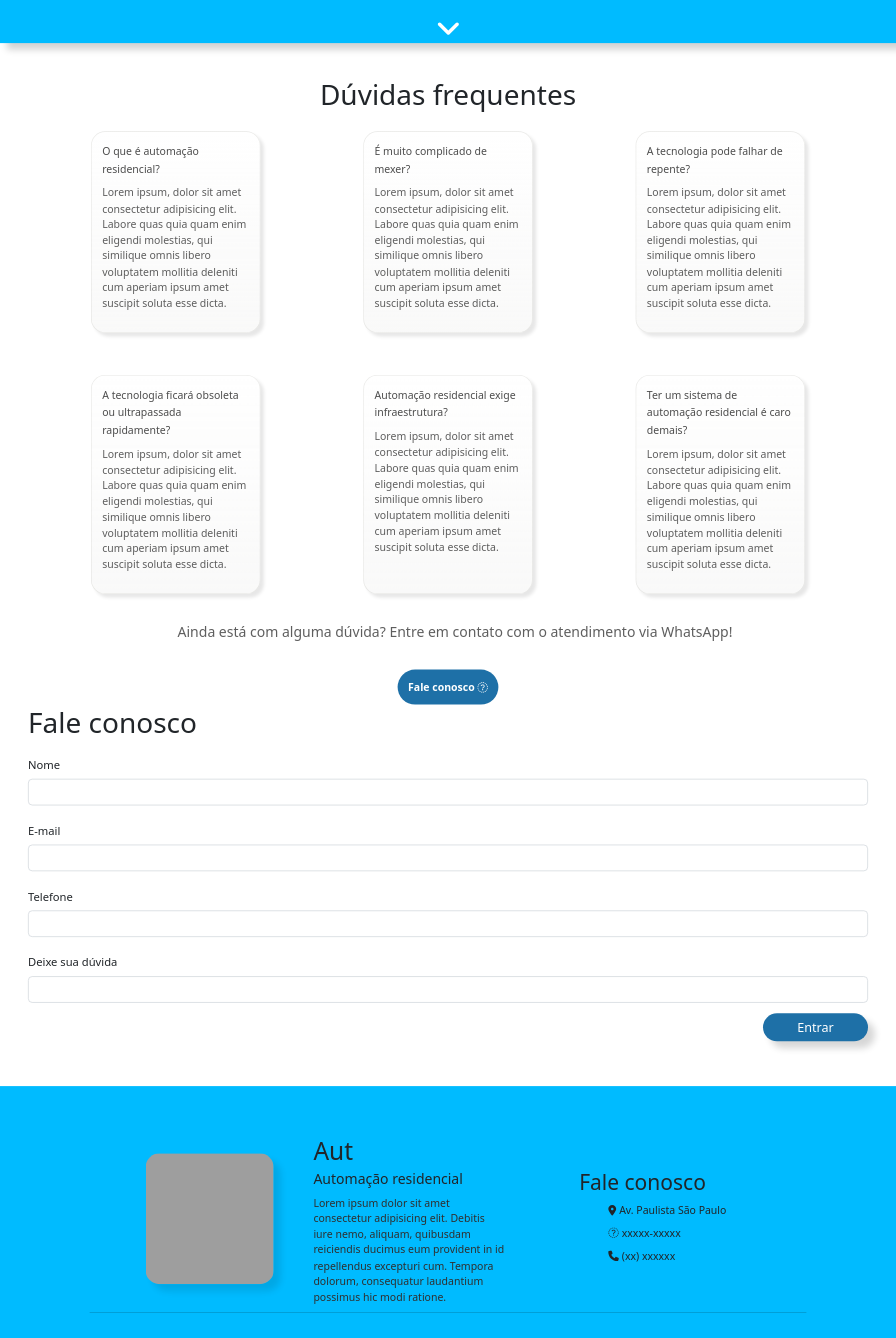
Repository: BulleST/SouHi_Institucional
Page: home.html
The author's editor kept a copy of each file at every save. The page is drawn from the files as they stood at one save, then again after the next save.
The browser window is 1280 px wide. The pictures show the part of the page from y = 1621 to 3541 px (the page is 3533 px tall before and 3541 px after), at 70% of full size.
Pictures or frames that could not be fetched are drawn as grey boxes.

Above is the page before, as saved 2022-10-27 17:05:11.

### home.html
<!DOCTYPE html>
<html lang="pt-br">

<head>
  <meta charset="UTF-8">
  <meta http-equiv="X-UA-Compatible" content="IE=edge">
  <meta name="viewport" content="width=device-width, initial-scale=1.0">
  <title>SouHi - Soluções Automatizadas</title>

  <script src="https://code.jquery.com/jquery-3.6.1.js" integrity="sha256-3zlB5s2uwoUzrXK3BT7AX3FyvojsraNFxCc2vC/7pNI="
    crossorigin="anonymous"></script>


    <!-- Bootstrap -->
<link href="https://cdn.jsdelivr.net/npm/bootstrap@5.2.2/dist/css/bootstrap.min.css" rel="stylesheet" integrity="sha384-Zenh87qX5JnK2Jl0vWa8Ck2rdkQ2Bzep5IDxbcnCeuOxjzrPF/et3URy9Bv1WTRi" crossorigin="anonymous">
<script src="https://cdn.jsdelivr.net/npm/bootstrap@5.2.2/dist/js/bootstrap.bundle.min.js" integrity="sha384-OERcA2EqjJCMA+/3y+gxIOqMEjwtxJY7qPCqsdltbNJuaOe923+mo//f6V8Qbsw3" crossorigin="anonymous"></script>
  <!-- Fontawesome -->
  <link rel="stylesheet" href="https://cdnjs.cloudflare.com/ajax/libs/font-awesome/6.2.0/css/all.min.css"
    integrity="sha512-xh6O/CkQoPOWDdYTDqeRdPCVd1SpvCA9XXcUnZS2FmJNp1coAFzvtCN9BmamE+4aHK8yyUHUSCcJHgXloTyT2A=="
    crossorigin="anonymous" referrerpolicy="no-referrer" />
  <script src="https://cdnjs.cloudflare.com/ajax/libs/font-awesome/6.2.0/js/all.min.js"
    integrity="sha512-naukR7I+Nk6gp7p5TMA4ycgfxaZBJ7MO5iC3Fp6ySQyKFHOGfpkSZkYVWV5R7u7cfAicxanwYQ5D1e17EfJcMA=="
    crossorigin="anonymous" referrerpolicy="no-referrer"></script>

  <!-- Slick Carousel -->
  <link rel="stylesheet" type="text/css" href="https://cdn.jsdelivr.net/npm/slick-carousel@1.8.1/slick/slick.css" />
  <script type="text/javascript" src="https://cdn.jsdelivr.net/npm/slick-carousel@1.8.1/slick/slick.min.js"></script>

  <!-- AOS -->
  <link rel="stylesheet" href="https://unpkg.com/aos@next/dist/aos.css">
  <script src="https://unpkg.com/aos@next/dist/aos.js"></script>

  <link rel="stylesheet" href="style.css">
  <script src="script.js" defer></script>

</head>

<body>
  <header>
    <div class="header-container bg-on" id="header">
      <div class="header-position">
        <div class="flex-item-image">
          <img src="img/logo_claro.png" alt="Logo Souhi">
        </div>
        <div class="flex-item-rotas">
          <nav class="rotas">
            <ul>
            <li> <a class="header__navigation-link" href="#home">Home</a></li>
              <li><a class="header__navigation-link" href="#quem-somos">Quem somos</a></li>
              <li><a class="header__navigation-link" href="#produtos">Ofertas</a></li>
              <li><a class="header__navigation-link" href="#duvidas">FAQ</a></li>
              <li><a class="header__navigation-link" href="#contatos">Contatos</a></li>
            </ul>
          </nav>
        </div>
        <div class="flex-item-contato">
          <a href="" class="btn-fale-conosco">Fale conosco!</a>
        </div>
      </div>
    </div>
  </header>


  <section>
    <section class="carrossel" id="inicio">
      <button class="btn-scroll-down">
        <i class="fas fa-chevron-down"></i>
      </button>
      <div class="slider">
        <div class=" first-item">
          <div class="slider__item-inner slider__item d-flex first-item-inner">
            <div class="slider__item-content first-content">
              <h3>Lorem Ipsum</h3>
              <hr>
              <p>Lorem ipsum dolor, sit amet consectetur adipisicing elit. Beatae fugiat voluptas consequatur voluptate perspiciatis aspernatur voluptates dolores inventore vero incidunt officia, modi dolorum. </p>
              <p class="my-2">Conheça nossos produtos!</p>
              <button class="btn btn-confira">Confira</button>
            </div>
            <div class="slider__item-image first-image">
              <img src="./img/house.png" alt="">
            </div>
          </div>
        </div>
        <div class="  second-item">

          <div class=" d-flex slider__item  second-item-inner">

            <div class="second-contain">
              <div class=" second-image">

                <img src="img/ic_launcher.png" alt="" >
                <img src="./img/phone.png" alt="">

              </div>
            <div class=" second-content">
              <h3>Lorem Ipsum</h3>

              <p>Lorem ipsum dolor, sit amet consectetur adipisicing elit.  </p>
              <a href="" class="btn-fale-conosco">Fale conosco!</a>

            </div>

          </div>

          </div>
        </div>
        <div class="  third-item">
          <div class=" d-flex slider__item  third-item-inner">
            <div class="third-contain">
              <div class=" third-image">
                <img src="img/smart-house-8.png" alt="" >
              </div>
            <div class=" third-content">
              <h3>Lorem Ipsum Ipsum</h3>
              <p>Lorem ipsum dolor, sit amet consectetur adipisicing elit. Lorem ipsum dolor, sit amet consectetur adipisicing elit. orem ipsum dolor, sit amet consectetur adipisicing elit. </p>
              <a href="" class="btn-fale-conosco mt-2">Fale conosco!</a>
            </div>
          </div>
          </div>
        </div>
        </div>
      </div>
    </section>

    <div class="bg">
      <div class="container wrapper">
        <section class="quem-somos" id="quem-somos">
          <img src="img/teste.jpg" alt="" class="imagem" data-aos="fade-right">
          <div class="texto" data-aos="fade-left">

            <h1>Quem somos</h1>
            <p>Lorem ipsum, dolor sit amet consectetur adipisicing elit. Iure, obcaecati alias magni reiciendis non ipsa
              asperiores deserunt quibusdam quasi ut odit, quaerat ex eum fugit pariatur rerum eius vitae maiores?</p>

            <button class="btn">Saiba mais <span> <i class="fa-solid fa-angles-right"></i></span></button>
          </div>
        </section>
        <div class="beneficios">
          <div class="card card-1" data-aos="fade-up">
            <div class="card-texto">
              <span> <i class="fa-solid fa-dollar-sign icone-card"></i></span>
              <h1>Economia</h1>
              <p>Lorem, ipsum dolor sit amet consectetur adipisicing elit. Saepe placeat repellat magni est praesentium
                quaerat aspernatur incidunt sint, quisquam voluptates aut fugiat vel dolorum maxime alias autem, sunt
                quae amet!</p>
            </div>
          </div>
          <div class="card card-2" data-aos="fade-up">
            <div class="card-texto">
              <span> <i class="fa-solid fa-shield icone-card"></i></span>
              <h1>Segurança</h1>
              <p>Lorem, ipsum dolor sit amet consectetur adipisicing elit. Saepe placeat repellat magni est praesentium
                quaerat aspernatur incidunt sint, quisquam voluptates aut fugiat vel dolorum maxime alias autem, sunt
                quae amet!</p>
            </div>
          </div>
          <div class="card card-3" data-aos="fade-up">
            <div class="card-texto">
              <span> <i class="fa-solid fa-check icone-card"></i></span>
              <h1>Conveniência</h1>
              <p>Lorem, ipsum dolor sit amet consectetur adipisicing elit. Saepe placeat repellat magni est praesentium
                quaerat aspernatur incidunt sint, quisquam voluptates aut fugiat vel dolorum maxime alias autem, sunt
                quae amet!</p>
            </div>
          </div>
          <div class="card card-4" data-aos="fade-up">
            <div class="card-texto">
              <span> <i class="fa-solid fa-couch icone-card"></i></span>
              <h1>Conforto</h1>
              <p>Lorem, ipsum dolor sit amet consectetur adipisicing elit. Saepe placeat repellat magni est praesentium
                quaerat aspernatur incidunt sint, quisquam voluptates aut fugiat vel dolorum maxime alias autem, sunt
                quae amet!</p>
            </div>
          </div>
        </div>
      </div>


      <div class="produtos-fechado" id="produtos">
        <div class="produtos-texto">
          <h1>O que você quer automatizar?</h1>
          <p>Lorem ipsum dolor sit, amet consectetur adipisicing elit. Explicabo odit eveniet molestiae reiciendis ab
            odio ipsum labore! Culpa optio consectetur, laboriosam quia enim vitae consequuntur tempora id in quos
            ipsum!</p>

          <span class="pra"><i class="fa-solid fa-angle-down down" id="show-or-hide"></i></span>
        </div>

      </div>
      <!-- <div class="produtos-aberto">
        <div class=" sessao  mySwiper container">
          <div class="swiper-wrapper content">

            <div class="swiper-slide card">
              <div class="card-content">

                <div class="image">
                  <img src="https://source.unsplash.com/random/250x250" alt="" class="eseu">

                </div>
              </div>
            </div>

            <div class="swiper-slide card">
              <div class="card-content">

                <div class="image">
                  <img src="https://source.unsplash.com/random/250x250" alt="" class="eseu">
                </div>
              </div>
            </div>

            <div class="swiper-slide card">

              <div class="card-content">

                <div class="image">
                  <img src="https://source.unsplash.com/random/250x250" alt="" class="eseu">
                </div>
              </div>
            </div>

            <div class="swiper-slide card">
              <div class="card-content">


                <div class="image">

                  <img src="https://source.unsplash.com/random/250x250" alt="" class="eseu">
                </div>
              </div>
            </div>
          </div>
        </div>
        <div class="swiper-button-next"></div>
        <div class="swiper-button-prev"></div>
        <div class="swiper-paggination"></div>
      </div> -->
    </div>






    <div class="wrapper">
      <div class="duvidas" id="duvidas">
        <h1>Dúvidas frequentes</h1>
        <div class="duvida-card">
          <div class="grupo1">
            <div class="duvida s1 " data-aos="fade-up">
              <span>
                <fa-icon [icon]="['fas', 'question-circle']" class="duvidas-icones"></fa-icon>
                <h2>O que é automação residencial?</h2>
              </span>
              <p>Lorem ipsum, dolor sit amet consectetur adipisicing elit. Labore quas quia quam enim eligendi
                molestias, qui similique omnis libero voluptatem mollitia deleniti cum aperiam ipsum amet suscipit
                soluta esse dicta.</p>
            </div>
            <div class="duvida s2 " data-aos="fade-up">
              <span>
                <fa-icon [icon]="['fas', 'question-circle']" class="duvidas-icones"></fa-icon>
                <h2>É muito complicado de mexer?</h2>
              </span>

              <p>Lorem ipsum, dolor sit amet consectetur adipisicing elit. Labore quas quia quam enim eligendi
                molestias, qui similique omnis libero voluptatem mollitia deleniti cum aperiam ipsum amet suscipit
                soluta esse dicta.</p>
            </div>
            <div class="duvida s3 " data-aos="fade-up">
              <span>
                <fa-icon [icon]="['fas', 'question-circle']" class="duvidas-icones"></fa-icon>
                <h2>A tecnologia pode falhar de repente?</h2>
              </span>

              <p>Lorem ipsum, dolor sit amet consectetur adipisicing elit. Labore quas quia quam enim eligendi
                molestias, qui similique omnis libero voluptatem mollitia deleniti cum aperiam ipsum amet suscipit
                soluta esse dicta.</p>
            </div>
          </div>
          <div class="grupo2">


            <div class="duvida s4 " data-aos="fade-up">
              <span>
                <fa-icon [icon]="['fas', 'question-circle']" class="duvidas-icones"></fa-icon>
                <h2>A tecnologia ficará obsoleta ou ultrapassada rapidamente?</h2>
              </span>

              <p>Lorem ipsum, dolor sit amet consectetur adipisicing elit. Labore quas quia quam enim eligendi
                molestias, qui similique omnis libero voluptatem mollitia deleniti cum aperiam ipsum amet suscipit
                soluta esse dicta.</p>


            </div>
            <div class="duvida s5 " data-aos="fade-up">
              <span>
                <fa-icon [icon]="['fas', 'question-circle']" class="duvidas-icones"></fa-icon>
                <h2>Automação residencial exige infraestrutura?</h2>
              </span>

              <p>Lorem ipsum, dolor sit amet consectetur adipisicing elit. Labore quas quia quam enim eligendi
                molestias, qui similique omnis libero voluptatem mollitia deleniti cum aperiam ipsum amet suscipit
                soluta esse dicta.</p>
            </div>
            <div class="duvida s6 " data-aos="fade-up">
              <span>
                <fa-icon [icon]="['fas', 'question-circle']" class="duvidas-icones"></fa-icon>
                <h2>Ter um sistema de automação residencial é caro demais?</h2>
              </span>

              <p>Lorem ipsum, dolor sit amet consectetur adipisicing elit. Labore quas quia quam enim eligendi
                molestias, qui similique omnis libero voluptatem mollitia deleniti cum aperiam ipsum amet suscipit
                soluta esse dicta.</p>
            </div>
          </div>
        </div>
        <div class="duvidas-link">
          <p>Ainda está com alguma dúvida? Entre em contato com o atendimento via WhatsApp!</p>
          <a href="" class="duvidas-link-a">Fale conosco <i class='fa fa-whatsapp'></i></a>

        </div>
      </div>
    </div>
    <div class="wrapper">
    <div class="fale-conosco">
      <h1>Fale conosco</h1>
      <form action="">
        <div action="" class="form-group mt-4">
          <label for="" class="form-label">Nome</label>
          <input type="text" class="form-control" required>
        </div>
        <div action="" class="form-group mt-4">
          <label for="" class="form-label">E-mail</label>
          <input type="text" class="form-control" required>
        </div>
        <div action="" class="form-group mt-4">
          <label for="" class="form-label">Telefone</label>
          <input type="text" class="form-control">
        </div>
        <div action="" class="form-group mt-4">
          <label for="" class="form-label">Deixe sua dúvida</label>
          <input type="textarea" class="form-control">
        </div>
        <div class="form-group d-flex justify-content-end ">
          <button type="submit" class=" botao-fale-conosco">Entrar</button>
        </div>



      </form>
    </div>
  </div>

    </div>


 <div class="link-top link-on" ><a href="#inicio">


  <i class="fa-solid fa-angle-up"></i></a></div>
  </section>

  <section class="footer">

    </div>
    <div class="footer-position">
      <div class="finalizacao">
        <img src="img/pexels-liza-summer-6347719.jpg" alt="" class="footer-img">
        <div class="texto">
          <h1>Aut</h1>
          <h2>Automação residencial</h2>
          <p>Lorem ipsum dolor sit amet consectetur adipisicing elit. Debitis iure nemo, aliquam, quibusdam reiciendis
            ducimus eum provident in id repellendus excepturi cum. Tempora dolorum, consequatur laudantium possimus hic
            modi ratione.</p>
        </div>
      </div>
      <div class="contato">
        <div class="contato-texto">
          <h2>Fale conosco</h2>

          <ul>
            <li><i class="fa-solid fa-location-dot"></i> Av. Paulista São Paulo </li>
            <li><i class='fa fa-whatsapp'></i> xxxxx-xxxxx</li>
            <li><i class="fa-solid fa-phone"></i> (xx) xxxxxx</li>
          </ul>
        </div>
      </div>

    </div>

  </section>

</body>


<script>




</script>

</html>

Loaded but not shown: script.js (75 lines, source omitted); style.css (1128 lines, source omitted)

After the next save:
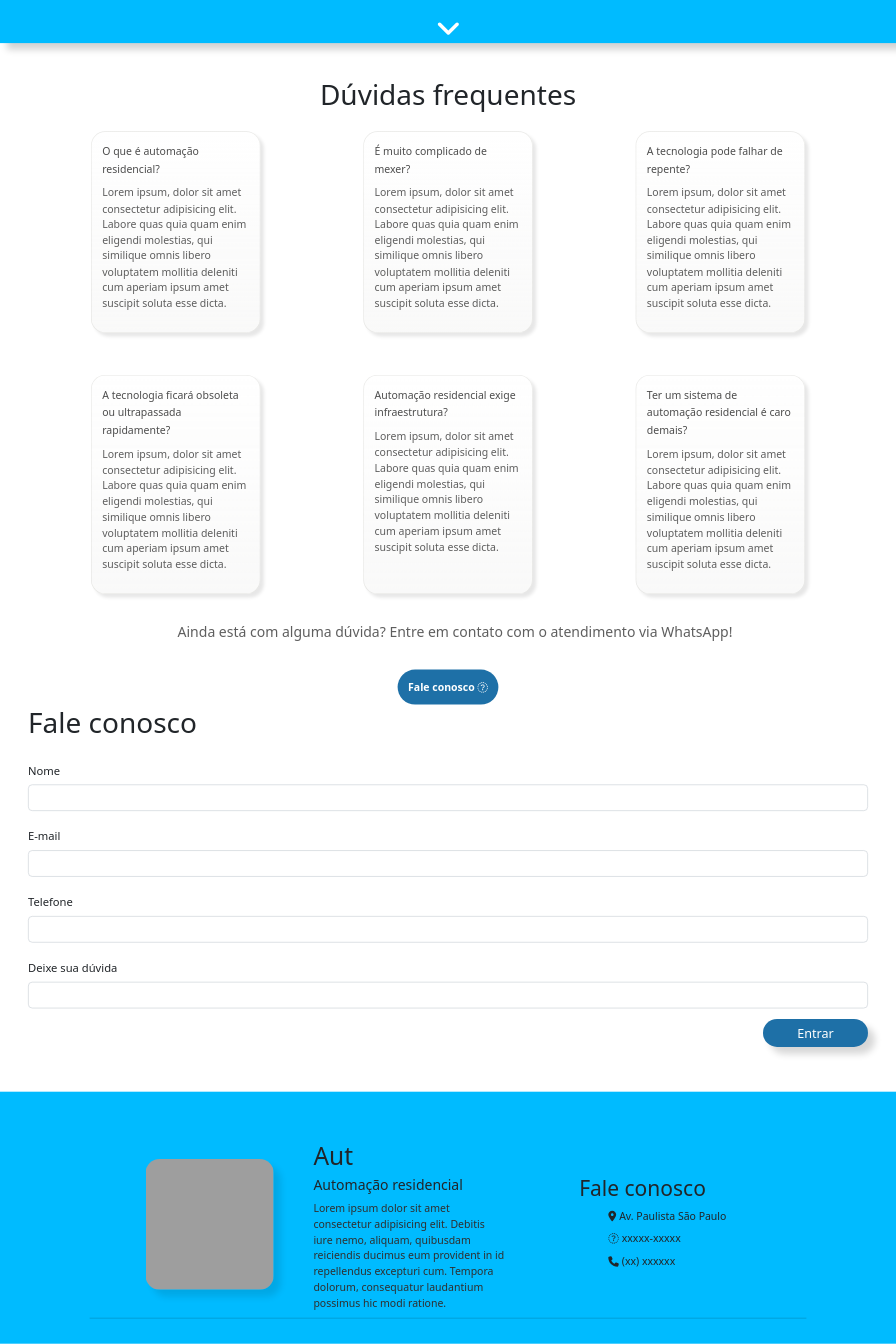
Saved 14 min 34 s later.
--- a/home.html
+++ b/home.html
@@ -326,6 +326,7 @@
     <div class="fale-conosco">
       <h1>Fale conosco</h1>
       <form action="">
+        <div class="row">
         <div action="" class="form-group mt-4">
           <label for="" class="form-label">Nome</label>
           <input type="text" class="form-control" required>
@@ -334,6 +335,7 @@
           <label for="" class="form-label">E-mail</label>
           <input type="text" class="form-control" required>
         </div>
+      </div>
         <div action="" class="form-group mt-4">
           <label for="" class="form-label">Telefone</label>
           <input type="text" class="form-control">
